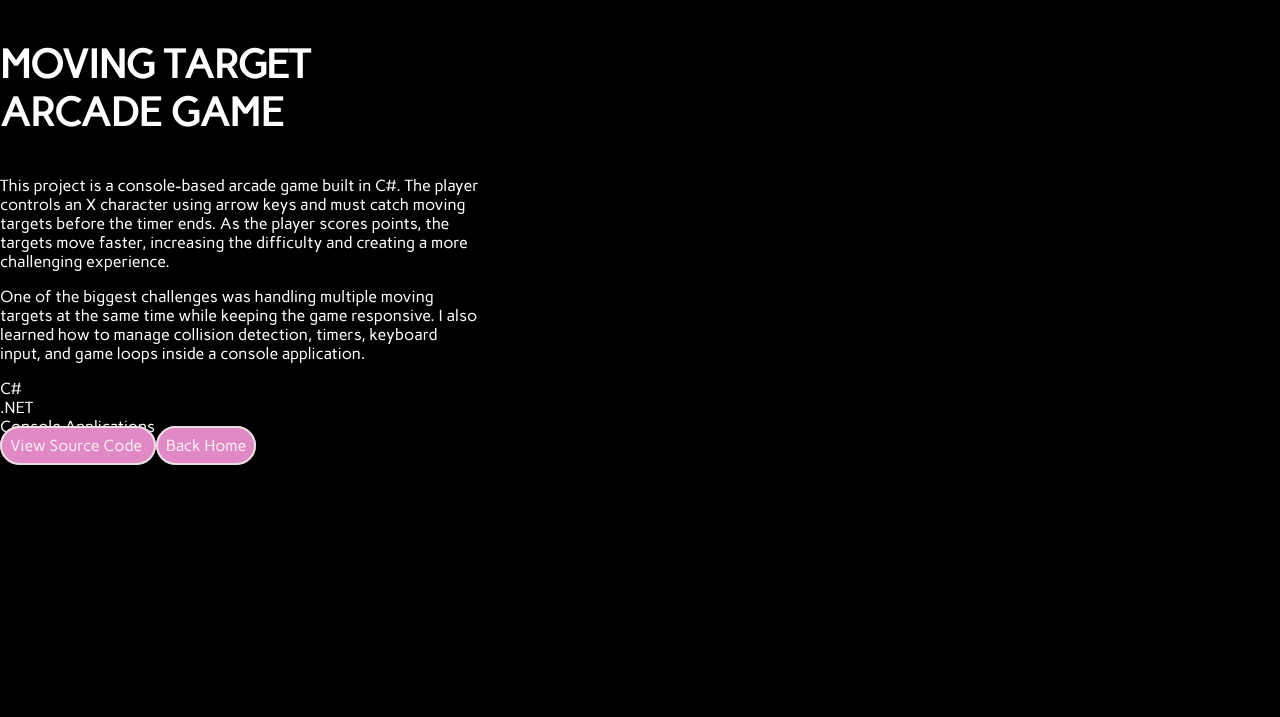
Repository: Rameen-A/Rameen-A
Page: pages/project-MovingTarget-1.html
The author's editor kept a copy of each file at every save. The page is drawn from the files as they stood at one save, then again after the next save.
The browser window is 1280 px wide. The pictures show the whole page.

Above is the page before, as saved 2026-05-30 17:05:04.

After the next save:
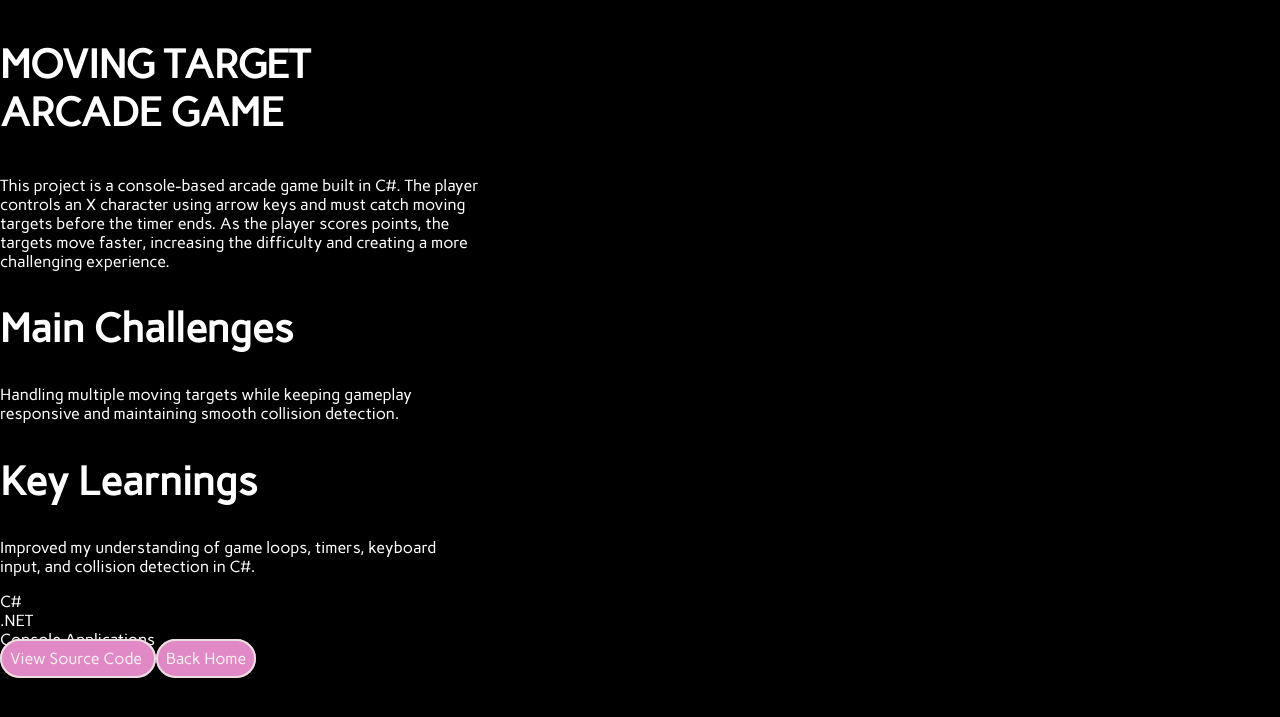
Saved 3 min 21 s later.
--- a/pages/project-MovingTarget-1.html
+++ b/pages/project-MovingTarget-1.html
@@ -19,12 +19,18 @@
           faster, increasing the difficulty and creating a more challenging
           experience.
         </p>
+        <h2>Main Challenges</h2>
+
         <p>
-          One of the biggest challenges was handling multiple moving targets at
-          the same time while keeping the game responsive. I also learned how to
-          manage collision detection, timers, keyboard input, and game loops
-          inside a console application.
+          Handling multiple moving targets while keeping gameplay responsive and
+          maintaining smooth collision detection.
         </p>
+        <h2>Key Learnings</h2>
+        <p>
+          Improved my understanding of game loops, timers, keyboard input, and
+          collision detection in C#.
+        </p>
+
         <ul>
           <li>C#</li>
           <li>.NET</li>
